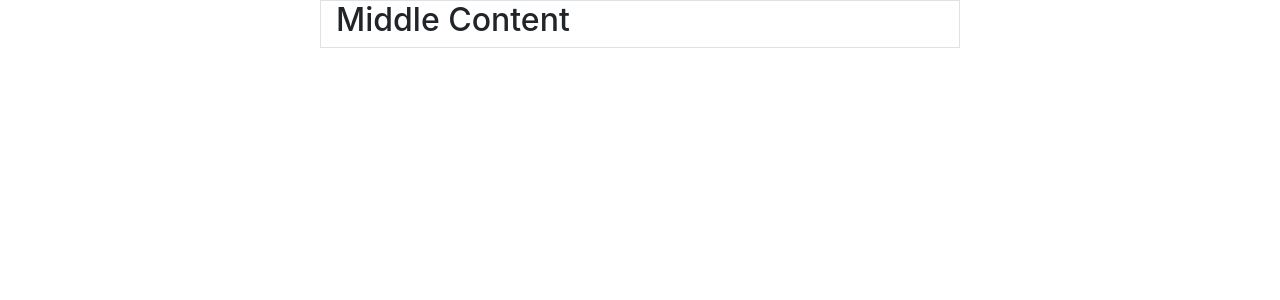
Repository: rkmr039/EMS_PROJECT
Page: EMS/WebContent/login2.html
These files come from the project's save history. The page is drawn as it stood at one moment and after the next save; the edit follows.
The browser window is 1280 px wide. The pictures show the whole page.

Above is the page before, as saved 2019-08-30 06:30:57.
Console error: TypeError: Cannot read properties of undefined (reading 'fn')

After the next save:
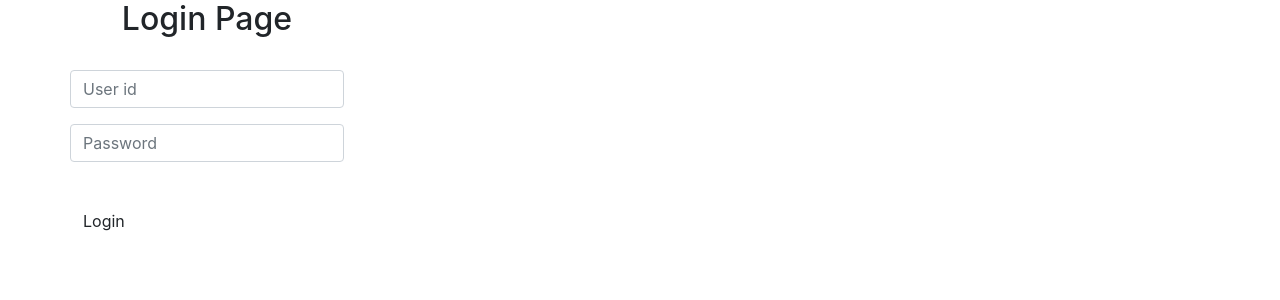
Saved 5 min 10 s later.
--- a/EMS/WebContent/login2.html
+++ b/EMS/WebContent/login2.html
@@ -22,13 +22,26 @@
 
 </head>
 <body>
-  <div class="container w-50 border">
+ <div class="container">
     <div class="row">
-      <div class="col-md-12" id="middleDiv">
-          <h2>Middle Content</h2>
-      </div>
+        <div class="form_bg">
+            <form>
+                 <h2 class="text-center">Login Page</h2>
+                <br/>
+                <div class="form-group">
+                    <input type="email" class="form-control" id="userid" placeholder="User id">
+                </div>
+                <div class="form-group">
+                    <input type="password" class="form-control" id="pwd" placeholder="Password">
+                </div>
+                <br/>
+                <div class="align-center">
+                    <button type="submit" class="btn btn-default" id="login">Login</button>
+                </div>
+            </form>
+        </div>
     </div>
-  </div>
+</div>
 	<script src="https://code.jquery.com/jquery-3.3.1.slim.min.js" integrity="sha384-q8i/X+965DzO0rT7abK41JStQIAqVgRVzpbzo5smXKp4YfRvH+8abtTE1Pi6jizo" crossorigin="anonymous"></script>
 <script src="https://cdnjs.cloudflare.com/ajax/libs/popper.js/1.14.7/umd/popper.min.js" integrity="sha384-UO2eT0CpHqdSJQ6hJty5KVphtPhzWj9WO1clHTMGa3JDZwrnQq4sF86dIHNDz0W1" crossorigin="anonymous"></script>
 
